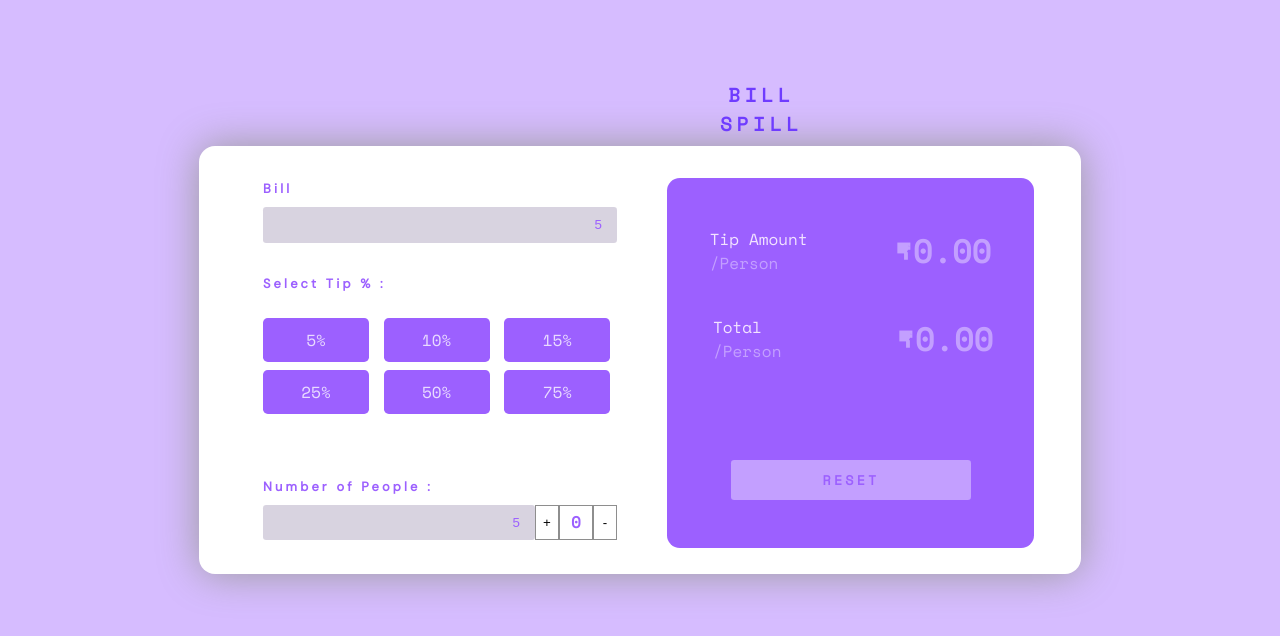
Repository: drumsmanku/micro-project-3
Page: index.html
An editor plug-in stored every save of this project. The page is shown before and after the next save, followed by the edit.
The browser window is 1280 px wide. The pictures show the whole page.
Empty fields were first filled with sample values (such as "Sample", 5 or name@example.com).
After loading, the first visible `#five` was clicked once.

Above is the page before, as saved 2023-04-17 23:04:38.

After the next save:
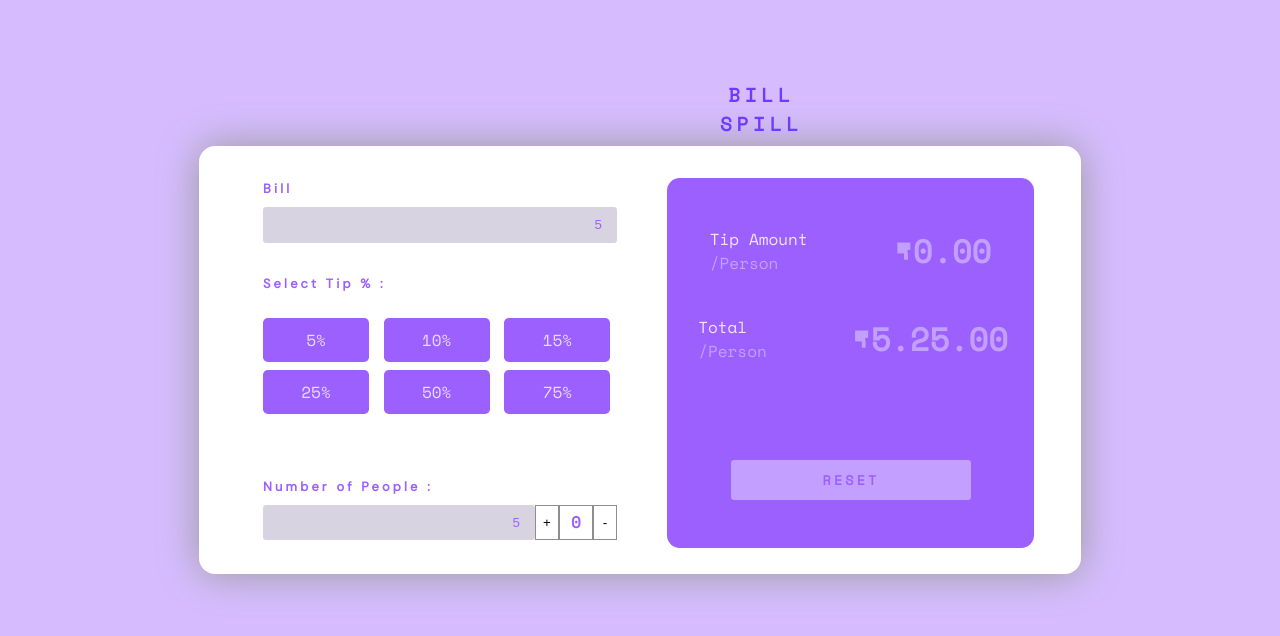
Saved 69 s later.
--- a/script.js
+++ b/script.js
@@ -31,7 +31,7 @@ function five(){
   setfinal();
   get_value_of_people();
   if(val1===0){
-    total_per_person=`₹${final_total}.00`;
+    document.getElementById("total-per-person").innerHTML=`₹${final_total}.00`;
     tip_per_person=`₹${tip}.00`;
     console.log(tip_per_person);
   }
